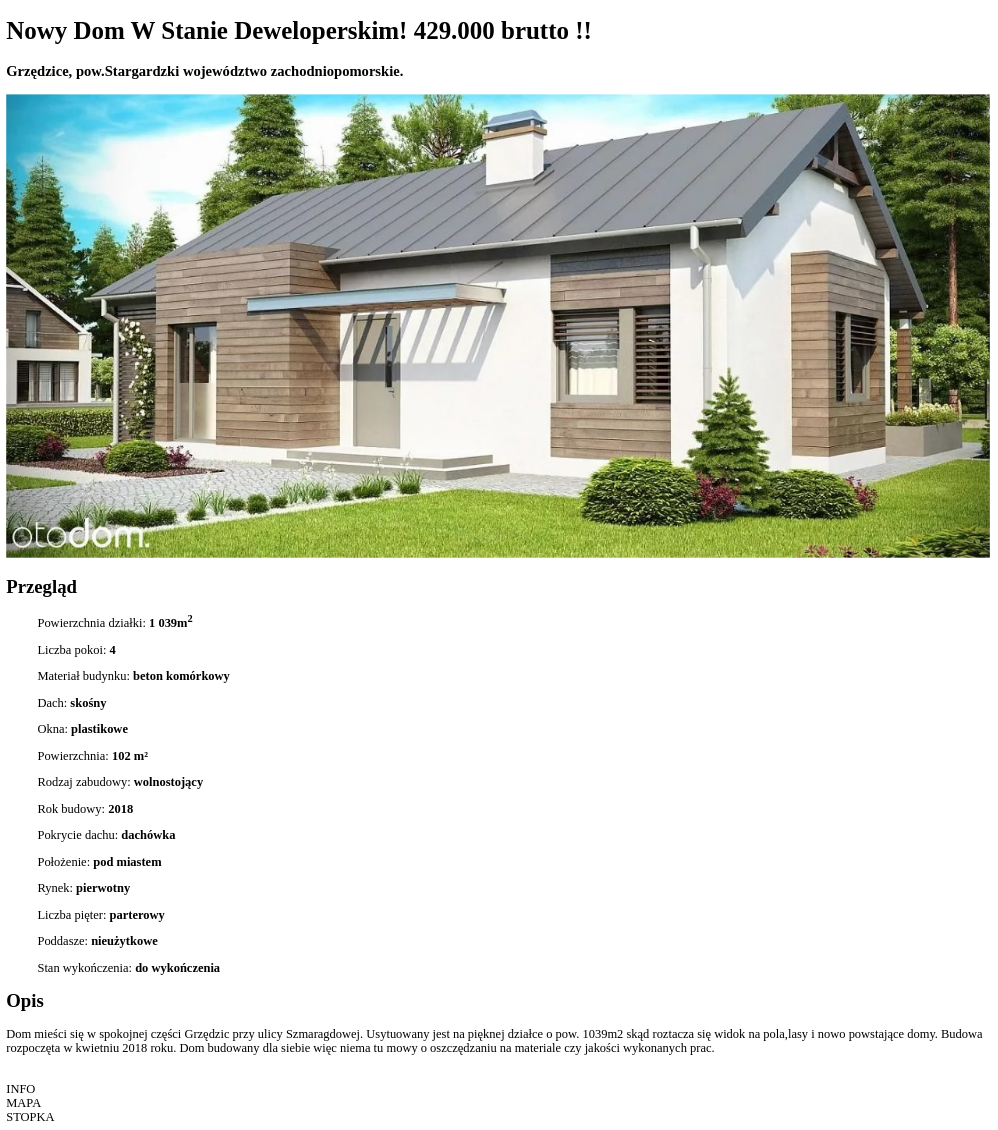
Repository: Slawek88/HomePage
Page: index.html
An editor plug-in stored every save of this project. The page is shown before and after the next save, followed by the edit.
The browser window is 1280 px wide. The pictures show the whole page, at 78% of full size.

Above is the page before, as saved 2019-02-28 13:04:30.

### index.html
<!DOCTYPE html>
<html lang="en">
  <head>
    <meta charset="UTF-8" />
    <meta name="viewport" content="width=device-width, initial-scale=1.0" />
    <meta http-equiv="X-UA-Compatible" content="ie=edge" />
    <title>Dom w stanie Developerskim</title>
    <!-- <link rel="stylesheet" href="css/normalize.css"> -->
    <link rel="stylesheet" href="css/style.css" />
    <!-- <link
      href="https://fonts.googleapis.com/css?family=Roboto:400,900&amp;subset=latin-ext"
      rel="stylesheet"
    /> -->
  </head>

  <body>
    <h1>Nowy Dom W Stanie Deweloperskim! 429.000 brutto !!</h1>
    <h3>Grzędzice, pow.Stargardzki województwo zachodniopomorskie.</h3>
    <div class="container">
      <div class="grid">
        <div class="grid-item grid-img"><img src="img/1-Z96.jpg" alt="" /></div>
        <div class="grid-item grid-overview">
          <h2>Przegląd</h2>
          <ul class="li">
            Powierzchnia działki:
            <strong>1 039m<sup>2</sup></strong>
          </ul>
          <ul class="li">
            Liczba pokoi:
            <strong> 4</strong>
          </ul>
          <ul class="li">
            Materiał budynku:
            <strong>beton komórkowy</strong>
          </ul>
          <ul class="li">
            Dach:
            <strong>skośny</strong>
          </ul>
          <ul class="li">
            Okna:
            <strong>plastikowe</strong>
          </ul>
          <ul class="li">
            Powierzchnia:
            <strong>102 m²</strong>
          </ul>
          <ul class="li">
            Rodzaj zabudowy:
            <strong>wolnostojący</strong>
          </ul>
          <ul class="li">
            Rok budowy:
            <strong>2018</strong>
          </ul>
          <ul class="li">
            Pokrycie dachu:
            <strong>dachówka</strong>
          </ul>
          <ul class="li">
            Położenie:
            <strong>pod miastem</strong>
          </ul>
          <ul class="li">
            Rynek:
            <strong>pierwotny</strong>
          </ul>
          <ul class="li">
            Liczba pięter:
            <strong>parterowy</strong>
          </ul>
          <ul class="li">
            Poddasze:
            <strong>nieużytkowe</strong>
          </ul>
          <ul class="li">
            Stan wykończenia:
            <strong>do wykończenia</strong>
          </ul>
        </div>
        <div class="grid-item grid-destriction">
          <h2>Opis</h2>
          <p>Dom mieści się w spokojnej części Grzędzic przy ulicy Szmaragdowej.
            Usytuowany jest na pięknej działce o pow. 1039m2 skąd roztacza się widok na pola,lasy i nowo powstające domy.
            Budowa rozpoczęta w kwietniu 2018 roku.
            Dom budowany dla siebie więc niema tu mowy o oszczędzaniu na materiale czy jakości wykonanych prac.</p>
            <br>

        </div>
        <div class="grid-tem grit-info">
          INFO
        </div>
        <div class="grid-item grid-map">MAPA</div>
        <div class="grid-item grid-footer">STOPKA</div>
      </div>
    </div>
  </body>
</html>

### css/style.css
strong {
    600;
}

After the next save:
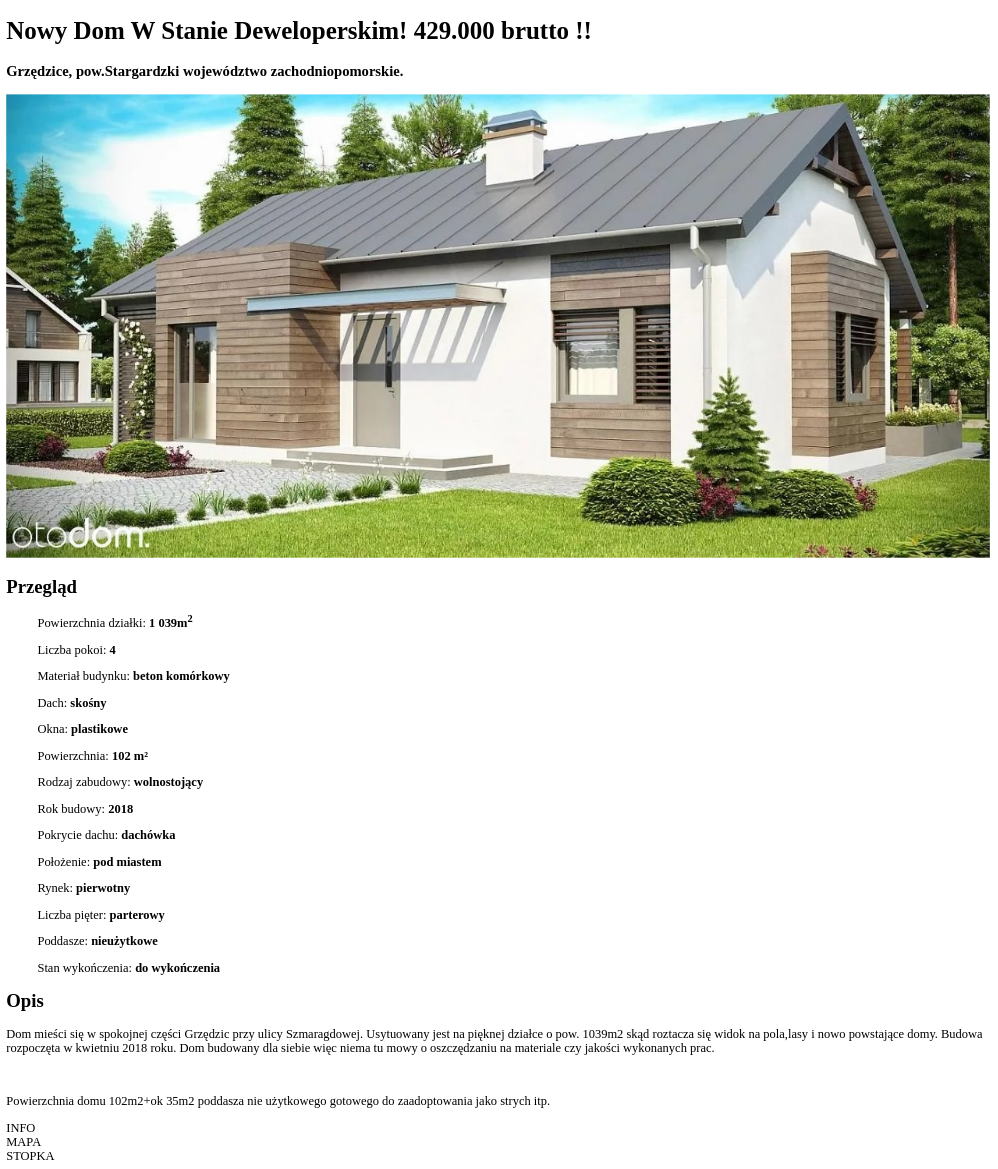
Saved 9 s later.
--- a/index.html
+++ b/index.html
@@ -80,12 +80,18 @@
         </div>
         <div class="grid-item grid-destriction">
           <h2>Opis</h2>
-          <p>Dom mieści się w spokojnej części Grzędzic przy ulicy Szmaragdowej.
-            Usytuowany jest na pięknej działce o pow. 1039m2 skąd roztacza się widok na pola,lasy i nowo powstające domy.
-            Budowa rozpoczęta w kwietniu 2018 roku.
-            Dom budowany dla siebie więc niema tu mowy o oszczędzaniu na materiale czy jakości wykonanych prac.</p>
-            <br>
-
+          <p>
+            Dom mieści się w spokojnej części Grzędzic przy ulicy Szmaragdowej.
+            Usytuowany jest na pięknej działce o pow. 1039m2 skąd roztacza się
+            widok na pola,lasy i nowo powstające domy. Budowa rozpoczęta w
+            kwietniu 2018 roku. Dom budowany dla siebie więc niema tu mowy o
+            oszczędzaniu na materiale czy jakości wykonanych prac.
+          </p>
+          <br />
+          <p>
+            Powierzchnia domu 102m2+ok 35m2 poddasza nie użytkowego gotowego do
+            zaadoptowania jako strych itp.
+          </p>
         </div>
         <div class="grid-tem grit-info">
           INFO
